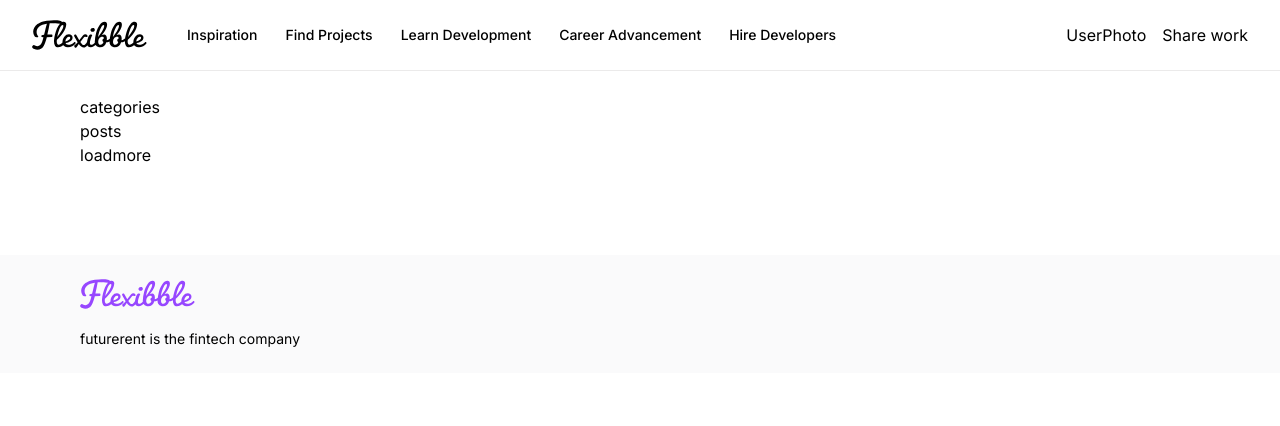
Repository: cicifuture/grafbase_proj
Page: /
An editor plug-in stored every save of this project. The page is shown before and after the next save, followed by the edit.
The browser window is 1280 px wide. The pictures show the whole page.
The project was rebuilt for these pictures with package versions that can differ from the ones it lists, and the page was loaded fresh each time. The framework's server and built-in components were replaced by stand-ins that run in the browser. Also part of the build but not shown: next.config.js, components/AuthProviders.tsx.

Above is the page before, as saved 2023-09-25 17:30:56.

After the next save:
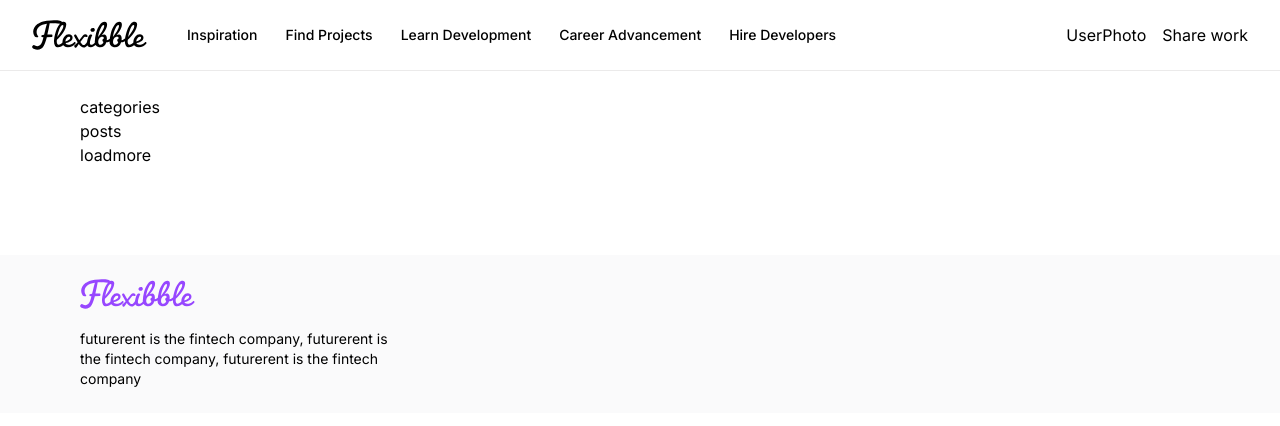
Saved 22 s later.
--- a/components/Footer.tsx
+++ b/components/Footer.tsx
@@ -9,7 +9,7 @@
                 width={115}
                 height={38}
                 alt="Flexibble"/>
-          <p className='text-start text-sm font-normal mt-5 max-w-xs'>futurerent is the fintech company</p>
+          <p className='text-start text-sm font-normal mt-5 max-w-xs'>futurerent is the fintech company, futurerent is the fintech company, futurerent is the fintech company</p>
         </div>
       </div>
     </footer>
